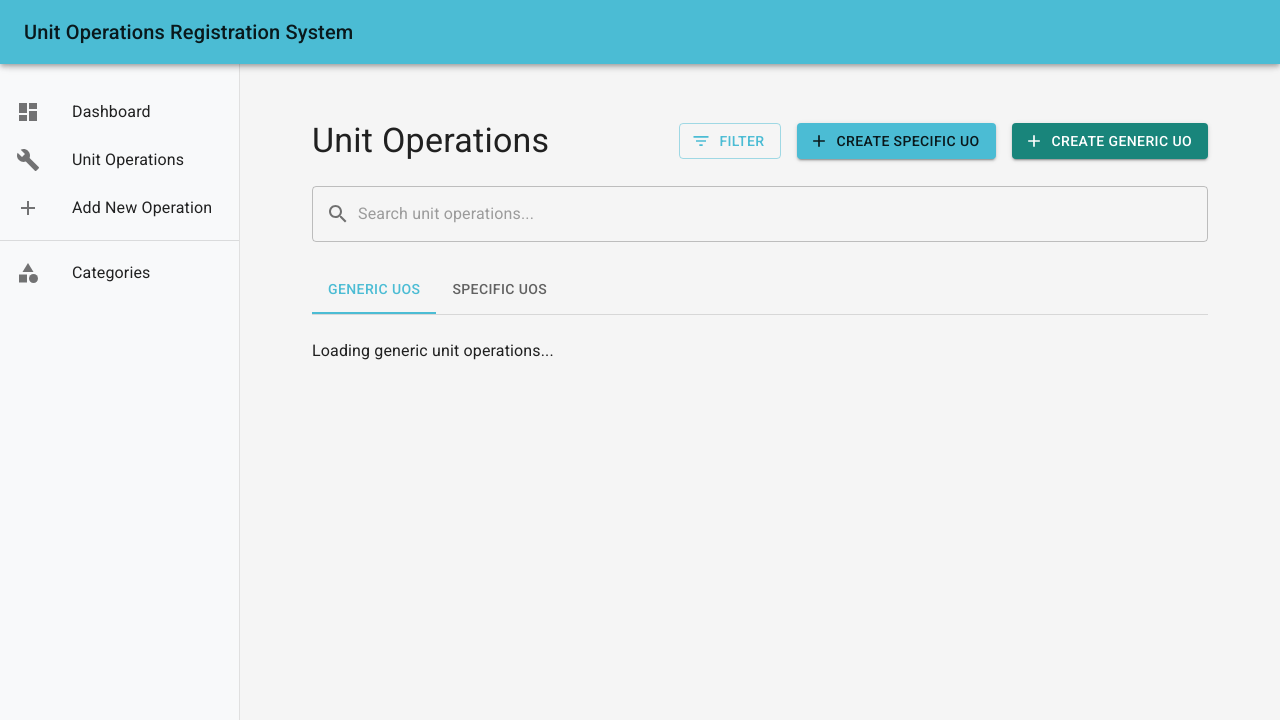
Repository: AccelerationConsortium/workflow-management
Page: /unit-operations (app in uo-registration/)
The author's editor kept a copy of each file at every save. The page is drawn from the files as they stood at one save, then again after the next save.
The browser window is 1280 px wide. The pictures show the whole page.
The page's requests for data from a server got no answer. The project was rebuilt for these pictures with package versions that can differ from the ones it lists, and the page was loaded fresh each time. No one was signed in, and anything a server would have sent is missing. Also part of the build but not shown: uo-registration/vite.config.ts, uo-registration/src/pages/Dashboard.tsx, uo-registration/src/pages/UnitOperationForm.tsx, uo-registration/src/pages/UnitOperationDetail.tsx, uo-registration/src/pages/NotFound.tsx, uo-registration/src/components/forms/GenericUnitOperationForm.tsx, uo-registration/src/pages/GenericUnitOperationForm.tsx.

Above is the page before, as saved 2025-03-12 11:23:00.

After the next save:
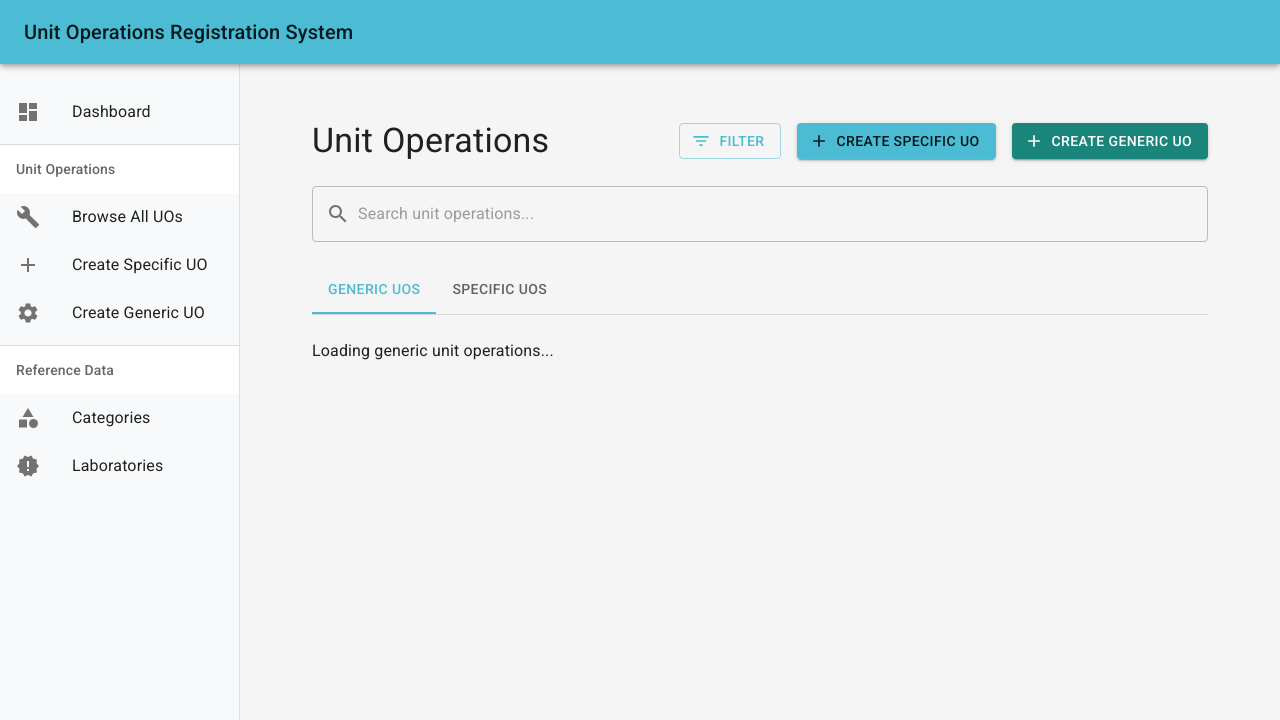
Saved 28 s later.
--- a/uo-registration/src/components/layout/Layout.tsx
+++ b/uo-registration/src/components/layout/Layout.tsx
@@ -10,13 +10,16 @@ import {
   ListItem,
   ListItemIcon,
   ListItemText,
-  Divider
+  Divider,
+  ListSubheader
 } from '@mui/material';
 import { Link as RouterLink } from 'react-router-dom';
 import DashboardIcon from '@mui/icons-material/Dashboard';
 import BuildIcon from '@mui/icons-material/Build';
 import AddIcon from '@mui/icons-material/Add';
 import CategoryIcon from '@mui/icons-material/Category';
+import SettingsIcon from '@mui/icons-material/Settings';
+import NewReleasesIcon from '@mui/icons-material/NewReleases';
 
 const drawerWidth = 240;
 
@@ -62,26 +65,56 @@ const Layout: React.FC<LayoutProps> = ({ children }) => {
               </ListItemIcon>
               <ListItemText primary="Dashboard" />
             </ListItem>
+          </List>
+
+          <Divider />
+
+          <List subheader={
+            <ListSubheader component="div" id="unit-operations-subheader">
+              Unit Operations
+            </ListSubheader>
+          }>
             <ListItem button component={RouterLink} to="/unit-operations">
               <ListItemIcon>
                 <BuildIcon />
               </ListItemIcon>
-              <ListItemText primary="Unit Operations" />
+              <ListItemText primary="Browse All UOs" />
             </ListItem>
+
             <ListItem button component={RouterLink} to="/unit-operations/create">
               <ListItemIcon>
                 <AddIcon />
               </ListItemIcon>
-              <ListItemText primary="Add New Operation" />
+              <ListItemText primary="Create Specific UO" />
+            </ListItem>
+
+            <ListItem button component={RouterLink} to="/generic-unit-operations/create">
+              <ListItemIcon>
+                <SettingsIcon />
+              </ListItemIcon>
+              <ListItemText primary="Create Generic UO" />
             </ListItem>
           </List>
+
           <Divider />
-          <List>
+
+          <List subheader={
+            <ListSubheader component="div" id="reference-data-subheader">
+              Reference Data
+            </ListSubheader>
+          }>
             <ListItem button component={RouterLink} to="/categories">
               <ListItemIcon>
                 <CategoryIcon />
               </ListItemIcon>
               <ListItemText primary="Categories" />
+            </ListItem>
+
+            <ListItem button component={RouterLink} to="/laboratories">
+              <ListItemIcon>
+                <NewReleasesIcon />
+              </ListItemIcon>
+              <ListItemText primary="Laboratories" />
             </ListItem>
           </List>
         </Box>
